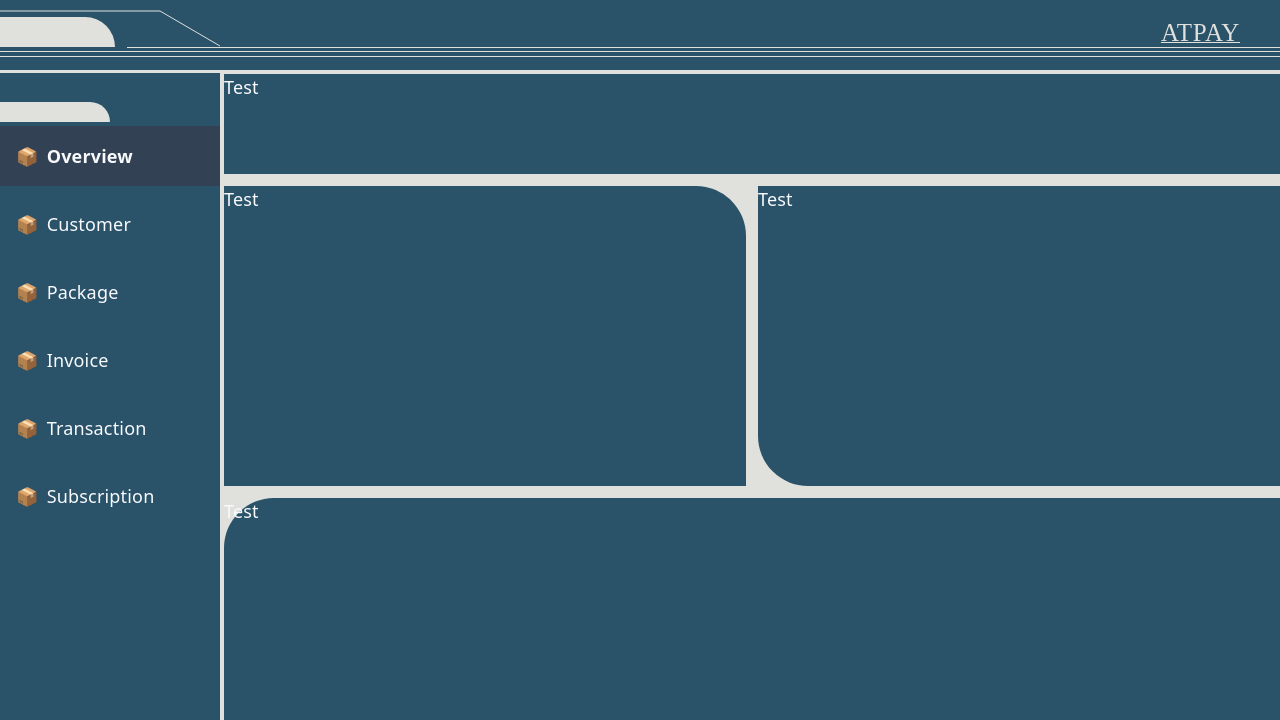
Repository: Farazdaq/stripe-payment-integration
Page: /dashboard (app in stripe-integration-react-dashboard/)
The author's editor kept a copy of each file at every save. The page is drawn from the files as they stood at one save, then again after the next save.
The browser window is 1280 px wide. The pictures show the whole page.
An inner scrolling area shows only its first screen. Some web fonts or font styles are not loaded; a fallback is used. The project was rebuilt for these pictures with package versions that can differ from the ones it lists, and the page was loaded fresh each time. Also part of the build but not shown: stripe-integration-react-dashboard/vite.config.ts, stripe-integration-react-dashboard/src/App.css, stripe-integration-react-dashboard/src/features/dashboard/pages/Customer.tsx, stripe-integration-react-dashboard/src/features/dashboard/pages/Package.tsx, stripe-integration-react-dashboard/src/features/dashboard/pages/Invoice.tsx, stripe-integration-react-dashboard/src/features/dashboard/pages/Transaction.tsx, stripe-integration-react-dashboard/src/features/dashboard/pages/Subscription.tsx.

Above is the page before, as saved 2026-05-13 12:12:51.

After the next save:
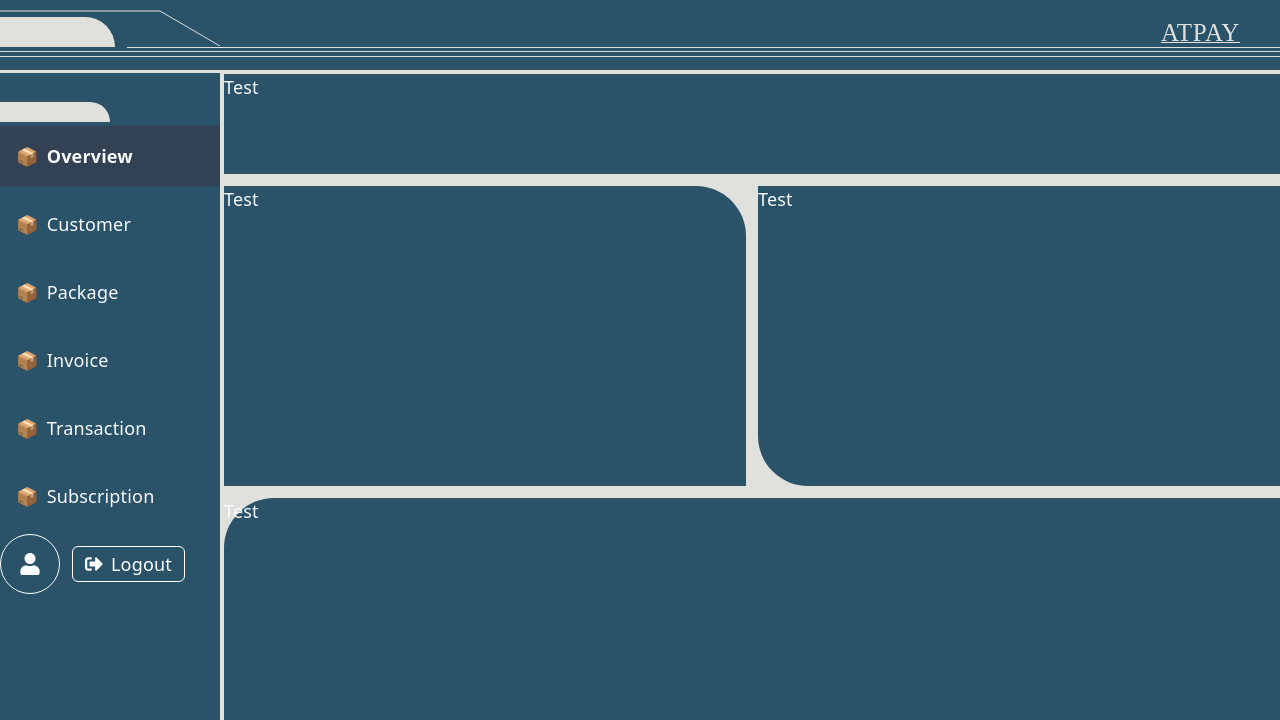
Saved 3 h 54 min later.
--- a/stripe-integration-react-dashboard/src/features/dashboard/layout/Sidebar/Sidebar.tsx
+++ b/stripe-integration-react-dashboard/src/features/dashboard/layout/Sidebar/Sidebar.tsx
@@ -1,3 +1,4 @@
+import AccountController from "../../../../components/AccountController";
 import LineShaper from "../../../../components/LineShaper";
 import { useTheme } from "../../../../theme/useTheme";
 import { sidebarItems } from "./sidebar.config";
@@ -54,6 +55,8 @@ export default function Sidebar({ active, setActive }: SidebarProps) {
           </div>
         );
       })}
+
+      <AccountController isLogIn={true} direction="row" imagePosition="left" />
     </div>
   );
 }
